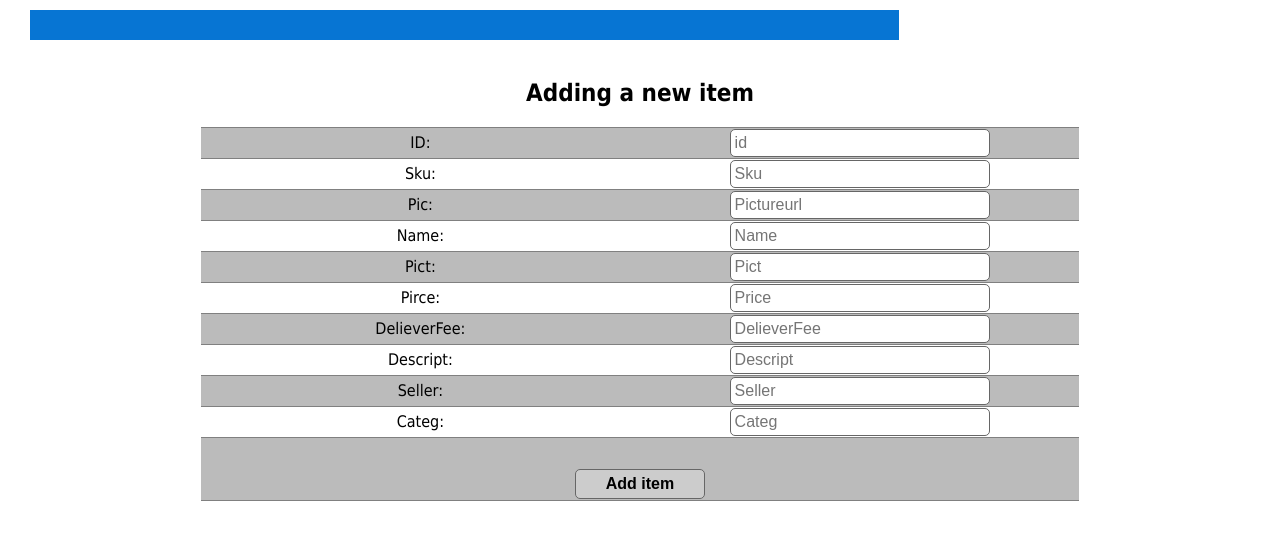
Repository: UnforgivenZZZ/bulldog
Page: bulldog/WebContent/WEB-INF/addingitem.html
The author's editor kept a copy of each file at every save. The page is drawn from the files as they stood at one save, then again after the next save.
The browser window is 1280 px wide. The pictures show the whole page.

Above is the page before, as saved 2017-07-13 01:50:09.

After the next save:
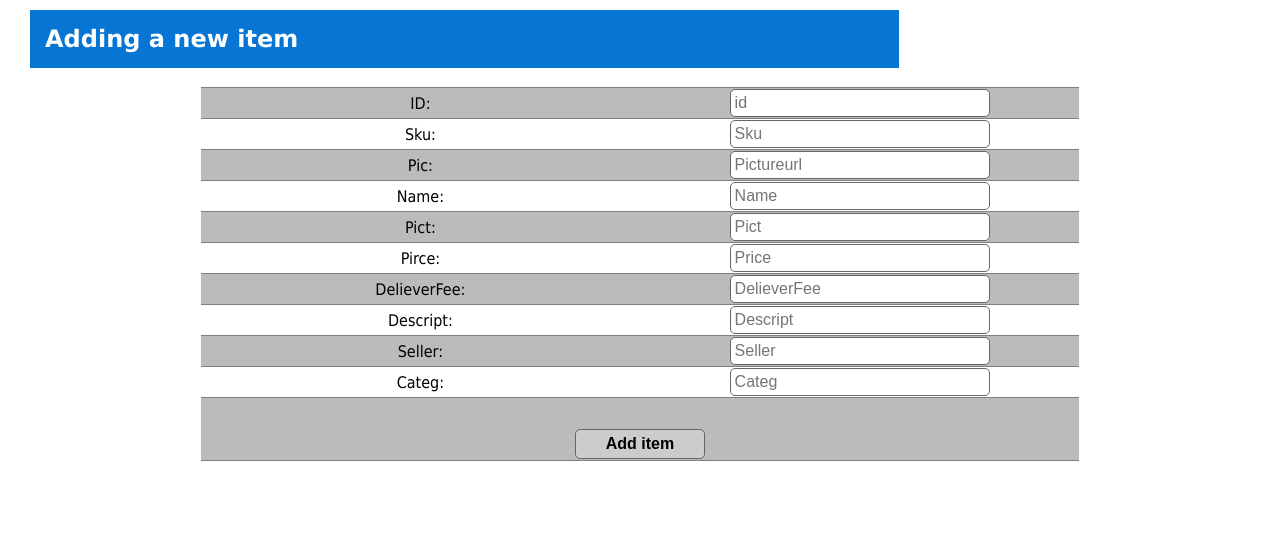
Saved 15 s later.
--- a/bulldog/WebContent/WEB-INF/addingitem.html
+++ b/bulldog/WebContent/WEB-INF/addingitem.html
@@ -16,7 +16,7 @@
 
 			<div id ="wrapper">
 				<div id ="header">
-					<caption><h2>Adding a new item</h2></caption>
+					<h2>Adding a new item</h2>
 				</div>
 			</div>
 
